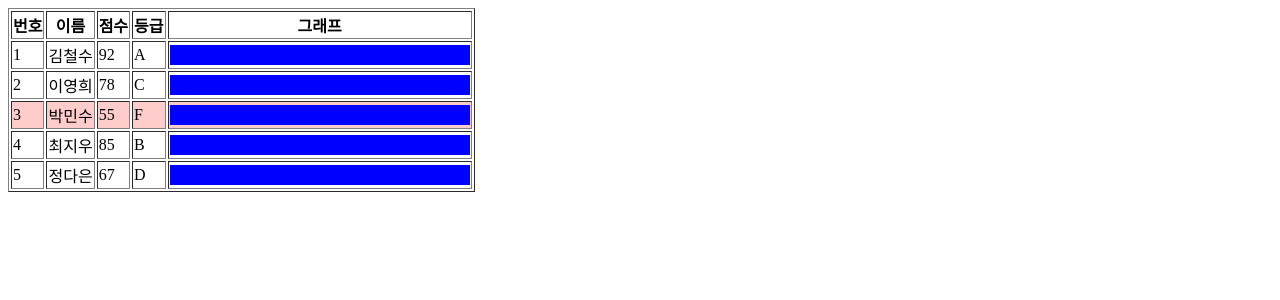
Repository: hyeongu135-ui/Jsp2026
Page: http://localhost/chapter01/example_score.jsp
These files come from the project's save history. The page is drawn as it stood at one moment and after the next save; the edit follows.
The browser window is 1280 px wide. The pictures show the whole page.
The page is served by Tomcat 9.

Above is the page before, as saved 2026-10-16 05:41:29.

After the next save:
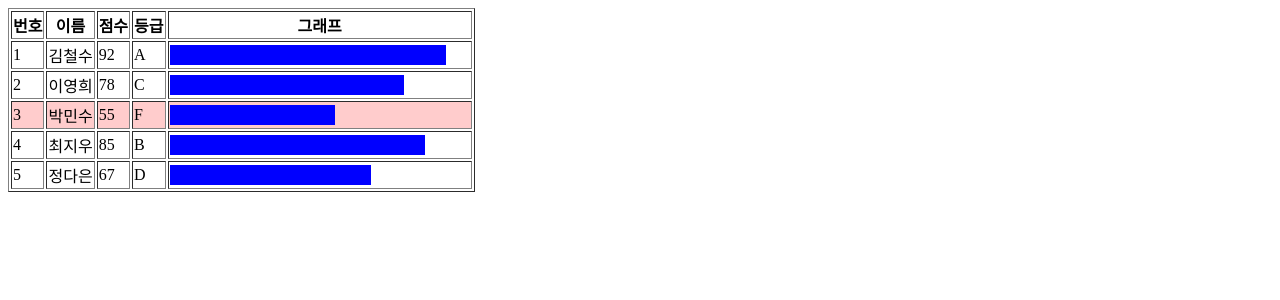
Saved 15 s later.
--- a/chapter01/src/main/webapp/example_score.jsp
+++ b/chapter01/src/main/webapp/example_score.jsp
@@ -38,7 +38,7 @@
 			<td><%=name[i]%></td>
 			<td><%=scores[i]%></td>
 			<td><%= getGrade(scores[i]) %></td>
-			<td style="width:300px"><div style="width:<%= scores[i] * 3 %>; height:20px; background-color:blue;"></div></td>
+			<td style="width:300px"><div style="width:<%= scores[i] * 3 %>px; height:20px; background-color:blue;"></div></td>
 		</tr>
 		<%}else{ %>
 		<tr>
@@ -46,7 +46,7 @@
 			<td><%=name[i]%></td>
 			<td><%=scores[i]%></td>
 			<td><%=getGrade(scores[i]) %></td>
-			<td style="width:300px"><div style="width:<%= scores[i] * 3 %>; height:20px; background-color:blue;"></div></td>
+			<td style="width:300px"><div style="width:<%= scores[i] * 3 %>px; height:20px; background-color:blue;"></div></td>
 		</tr>
 		<% } %>
 		<%} %>
